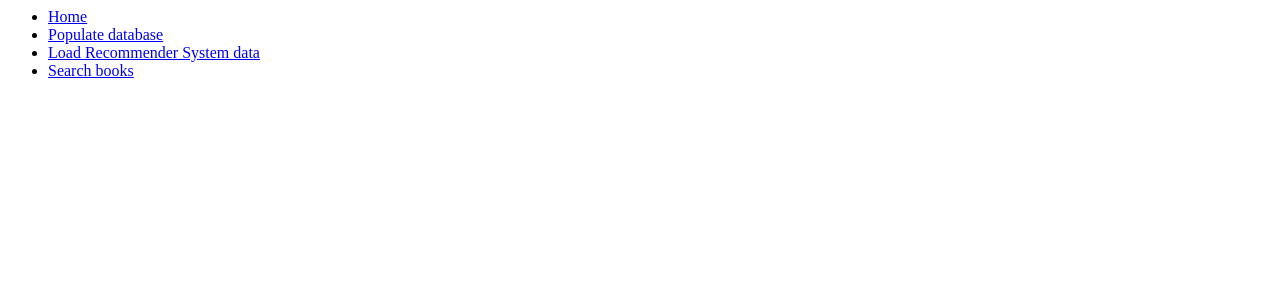
Repository: marmargal/__bibl__TrA
Page: Definitivo/Books/templates/header.html
An editor plug-in stored every save of this project. The page is shown before and after the next save, followed by the edit.
The browser window is 1280 px wide. The pictures show the whole page.

Above is the page before, as saved 2018-01-17 09:53:05.

### Definitivo/Books/templates/header.html
<header>
<nav>
	<ul>
		<li><a href="/">Home</a></li>
		<li><a href="/populate">Populate database</a></li>
		<li><a href="/loadRS">Load Recommender System data</a></li>
		<li><a href="/search">Search books</a></li>
		<!--  <li><a href="/recommendedFilms">Recommend two movies to a user</a></li>
		<li><a href="/similarFilms">Three films more like other</a></li>-->
	</ul>
</nav>
</header>

After the next save:
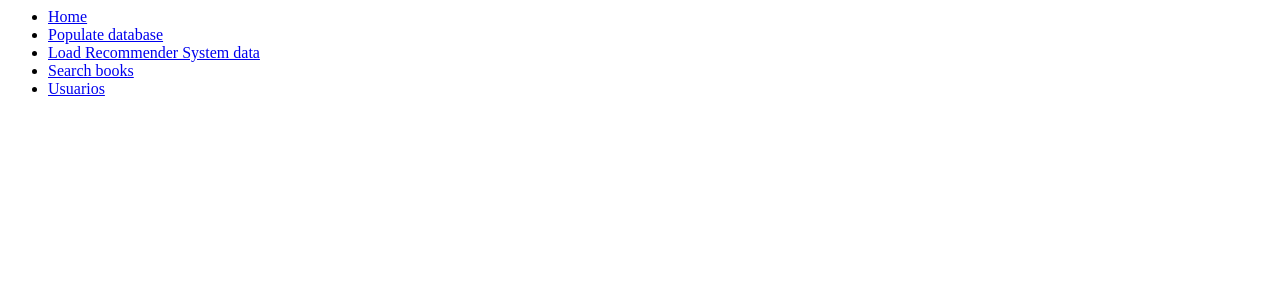
Saved 69 s later.
--- a/Definitivo/Books/templates/header.html
+++ b/Definitivo/Books/templates/header.html
@@ -5,6 +5,7 @@
 		<li><a href="/populate">Populate database</a></li>
 		<li><a href="/loadRS">Load Recommender System data</a></li>
 		<li><a href="/search">Search books</a></li>
+		<li><a href= "/base">Usuarios</a></li>
 		<!--  <li><a href="/recommendedFilms">Recommend two movies to a user</a></li>
 		<li><a href="/similarFilms">Three films more like other</a></li>-->
 	</ul>
